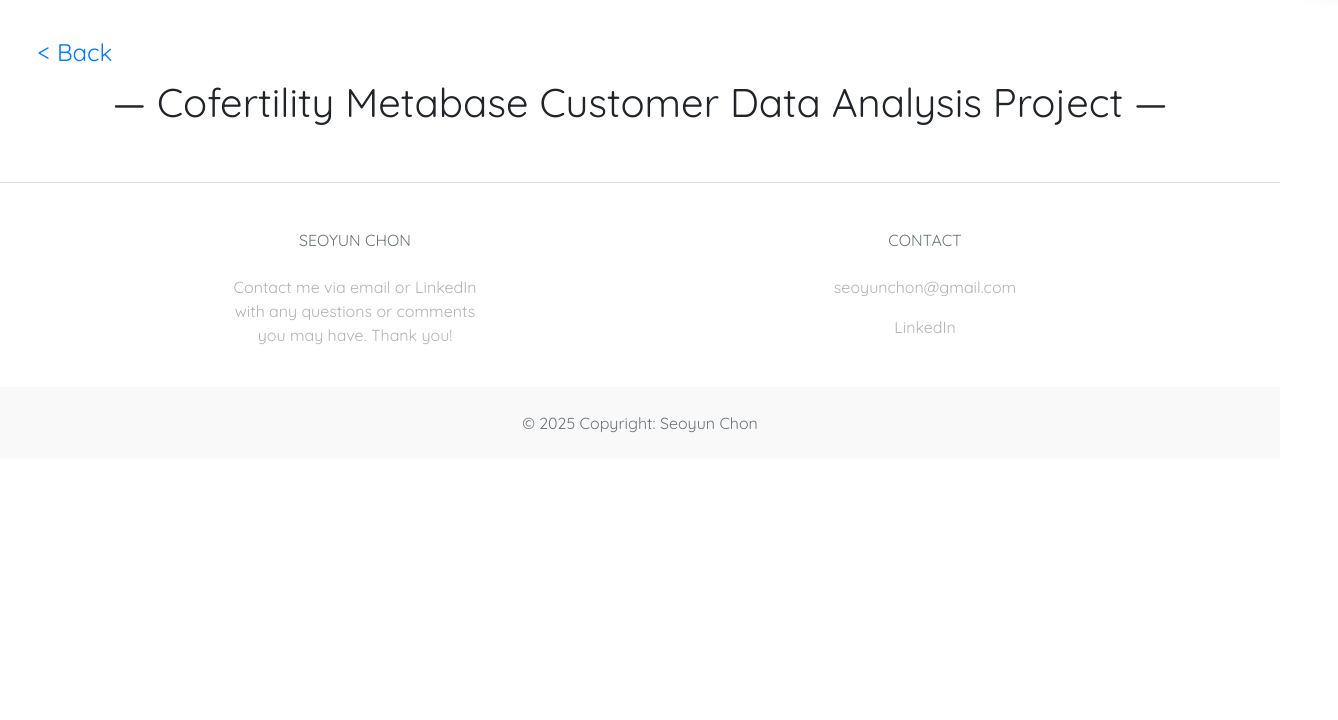
Repository: schon02/seoyun-chon-portfolio
Page: projects_cofertility_page.html
These files come from the project's save history. The page is drawn as it stood at one moment and after the next save; the edit follows.
The browser window is 1280 px wide. The page is 1338 px wide, so the pictures cover 1338 px, including what lies to the right of the window. The pictures show the part of the page from y = 720 to 1518 px (the page is 1440 px tall before and 1518 px after).

Above is the page before, as saved 2025-01-31 18:38:57.

### projects_cofertility_page.html
<!DOCTYPE html>
<html>
    <head>
        <!-- <link href="style.css" rel="stylesheet" /> -->

        <!-- Required meta tags -->
        <meta charset="utf-8">
        <meta name="viewport" content="width=device-width, initial-scale=1, shrink-to-fit=no">

        <link href="https://fonts.googleapis.com/css?family=Quicksand:400,600,700&display=swap" rel="stylesheet">

        <link rel="stylesheet" href="fonts/icomoon/style.css">

        <link rel="stylesheet" href="css/owl.carousel.min.css">

        <!-- Bootstrap CSS -->
        <link rel="stylesheet" href="css/bootstrap.min.css">

        <!-- Style -->
        <link rel="stylesheet" href="css/style.css">

        <title>Home Page</title>

    </head>

    <body>
        <!-- <header>
            <nav>
                <ul>
                    <li><a class="active" href="index.html">Home</a></li>
                    <li><a href="services_page.html">Services</a></li>
                    <li><a href="contact_page.html">Contact</a></li>
                </ul>
            </nav>
        </header> -->

        <div class="site-mobile-menu site-navbar-target">
            <div class="site-mobile-menu-header">
              <div class="site-mobile-menu-close mt-3">
                <span class="icon-close2 js-menu-toggle"></span>
              </div>
            </div>
            <div class="site-mobile-menu-body"></div>
          </div> <!-- .site-mobile-menu -->

        <div class="site-navbar-wrap">
            <div class="site-navbar-top">
              <div class="container py-3">
                <div class="row align-items-center">
                  <div class="col-6">
                    <div class="d-flex mr-auto">
                      <a href="#" class="d-flex align-items-center mr-4">
                        <span class="icon-envelope mr-2"></span>
                        <span class="d-none d-md-inline-block">seoyunchon@gmail.com</span>
                      </a>
                      <!-- <a href="#" class="d-flex align-items-center mr-auto">
                        <span class="icon-phone mr-2"></span>
                        <span class="d-none d-md-inline-block">+1 234 4567 8910</span>
                      </a> -->
                    </div>
                  </div>
                  <div class="col-6 text-right">
                    <div class="mr-auto">
                      <!-- <a href="#" class="p-2 pl-0"><span class="icon-twitter"></span></a> -->
                      <!-- <a href="#" class="p-2 pl-0"><span class="icon-facebook"></span></a> -->
                      <a href="https://www.linkedin.com/in/seoyun-chon/" class="p-2 pl-0"><span class="icon-linkedin"></span></a>
                      <!-- <a href="#" class="p-2 pl-0"><span class="icon-instagram"></span></a> -->
                    </div>

                  </div>
                </div>
              </div>
            </div>

            <div class="site-navbar site-navbar-target js-sticky-header">
              <div class="container">
                <div class="row align-items-center">
                  <div class="col-2">
                    <h1 class="my-0 site-logo"><a href="index.html">Seoyun&nbsp;Chon</a></h1>
                  </div>
                  <div class="col-10">
                    <nav class="site-navigation text-right" role="navigation">
                      <div class="container">
                        <div class="d-inline-block d-lg-none ml-md-0 mr-auto py-3"><a href="#" class="site-menu-toggle js-menu-toggle text-white"><span class="icon-menu h3"></span></a></div>

                        <ul class="site-menu main-menu js-clone-nav d-none d-lg-block">
                          <li><a href="index.html" class="nav-link">Home</a></li>
                          <li class="active"><a href="projects_page.html" class="nav-link">Projects</a></li>
                          <li class="has-children">
                            <a href="#" class="nav-link">Pages</a>
                            <ul class="dropdown arrow-top">
                              <li><a href="#" class="nav-link">Team</a></li>
                              <li><a href="#" class="nav-link">Pricing</a></li>
                              <li><a href="#" class="nav-link">FAQ</a></li>
                              <li class="has-children">
                                <a href="#">More Links</a>
                                <ul class="dropdown">
                                  <li><a href="#">Menu One</a></li>
                                  <li><a href="#">Menu Two</a></li>
                                  <li><a href="#">Menu Three</a></li>
                                </ul>
                              </li>
                            </ul>
                          </li>
                          <!-- <li><a href="#about-section" class="nav-link">About</a></li> -->
                          <li><a href="resume_page.html" class="nav-link">Resume</a></li>
                          <!-- <li><a href="#gallery-section" class="nav-link">Gallery</a></li> -->
                          <li><a href="contact_page.html" class="nav-link">Contact</a></li>
                        </ul>
                      </div>
                    </nav>
                  </div>
                </div>
              </div>
            </div>
          </div>


          <div class="hero" style="background-image: url('images/s2k2.JPG');"></div>

          <div style="padding-top: 1cm; padding-left: 1cm;">
            <a href="projects_page.html">
              <h4>< Back</h4>
            </a>
          </div>

        <div class="text-center" style="padding-top: 0.1cm;">
          <h1>— Cofertility Metabase Customer Data Analysis Project —</h1>
        </div>





        <script src="js/jquery-3.3.1.min.js"></script>
        <script src="js/popper.min.js"></script>
        <script src="js/bootstrap.min.js"></script>
        <script src="js/jquery.sticky.js"></script>
        <script src="js/main.js"></script>

    </body>

<!-- Footer -->
<footer class="text-center text-lg-start bg-white text-muted">

  <section class="d-flex justify-content-center justify-content-lg-between p-4 border-bottom">
  </section>

  <!-- Section: Links  -->
  <section class="">
    <div class="container text-center text-md-start mt-5">
      <!-- Grid row -->
      <div class="row mt-3">
        <!-- Grid column -->
        <div class="col-md-3 col-lg-4 col-xl-3 mx-auto mb-4">
          <!-- Content -->
          <h6 class="text-uppercase fw-bold mb-4">
            <i class="fas fa-gem me-3 text-secondary"></i>Seoyun Chon
          </h6>
          <p>
            Contact me via email or LinkedIn with any questions or comments you may have. Thank you!
          </p>
        </div>
        <!-- Grid column -->

        <!-- Grid column -->
        <div class="col-md-4 col-lg-3 col-xl-3 mx-auto mb-md-0 mb-4">
          <!-- Links -->
          <h6 class="text-uppercase fw-bold mb-4">Contact</h6>
          <p><i class="fas fa-home me-3 text-secondary"></i> seoyunchon@gmail.com</p>
          <p>
            <i class="fas fa-envelope me-3 text-secondary"></i>
            <a href="https://www.linkedin.com/in/seoyun-chon/" class="text-reset"> LinkedIn </a>
          </p>
        </div>
        <!-- Grid column -->
      </div>
      <!-- Grid row -->
    </div>
  </section>
  <!-- Section: Links  -->

  <!-- Copyright -->
  <div class="text-center p-4" style="background-color: rgba(0, 0, 0, 0.025);">
    © 2025 Copyright:
    <a class="text-reset fw-bold" href="https://mdbootstrap.com/">Seoyun Chon</a>
  </div>
  <!-- Copyright -->
</footer>
<!-- Footer -->


</html>

### css/style.css
body {
  font-family: "Quicksand", -apple-system, BlinkMacSystemFont, "Segoe UI", Roboto, "Helvetica Neue", Arial, "Noto Sans", sans-serif, "Apple Color Emoji", "Segoe UI Emoji", "Segoe UI Symbol", "Noto Color Emoji";
  background-color: #fff;
  height: 200vh;
  position: relative; }
  body:before {
    content: "";
    position: absolute;
    top: 0;
    left: 0;
    right: 0;
    bottom: 0;
    background: rgba(0, 0, 0, 0.5);
    -webkit-transition: .3s all ease;
    -o-transition: .3s all ease;
    transition: .3s all ease;
    opacity: 0;
    visibility: hidden;
    z-index: 1; }
  body.offcanvas-menu:before {
    opacity: 1;
    z-index: 1002;
    visibility: visible; }

p {
  color: #b3b3b3;
  font-weight: 300; }

h1, h2, h3, h4, h5, h6,
.h1, .h2, .h3, .h4, .h5, .h6 {
  font-family: "Quicksand", -apple-system, BlinkMacSystemFont, "Segoe UI", Roboto, "Helvetica Neue", Arial, "Noto Sans", sans-serif, "Apple Color Emoji", "Segoe UI Emoji", "Segoe UI Symbol", "Noto Color Emoji"; }

h5 {
  margin: 0 auto; /* center element horizontally */
  text-align: center;
  width: 60%;
  color: #666;
  /* overflow: hidden; */
  /* text-overflow: ellipsis; */
  /* white-space: nowrap; */
  /* background:#666; */
}

a {
  -webkit-transition: .3s all ease;
  -o-transition: .3s all ease;
  transition: .3s all ease; }
  a, a:hover {
    text-decoration: none !important; }

.hero {
  height: 100vh;
  width: 100%;
  background-size: cover;
  background-position: center center;
  background-repeat: no-repeat; }

.site-navbar-wrap {
  position: absolute;
  z-index: 99;
  width: 100%;
  left: 0; }
  .site-navbar-wrap a {
    color: #fff; }
  .site-navbar-wrap .site-navbar-top {
    font-size: 0.8rem; }

.site-navbar-top {
  border-bottom: 1px solid rgba(255, 255, 255, 0.4); }

.site-navbar {
  margin-bottom: 0px;
  width: 100%; }
  .site-navbar .site-logo {
    font-weight: 200;
    line-height: 0;
    top: -7px;
    position: relative; }
    .site-navbar .site-logo a {
      font-weight: 200;
      color: #fff;
      font-size: 20px;
      font-weight: bold;
      text-transform: uppercase; }
  .site-navbar .site-navigation .site-menu {
    margin-bottom: 0; }
    .site-navbar .site-navigation .site-menu a {
      text-decoration: none !important;
      display: inline-block;
      font-weight: 500; }
    .site-navbar .site-navigation .site-menu > li {
      display: inline-block;
      padding: 10px 5px; }
      .site-navbar .site-navigation .site-menu > li > a {
        padding: 20px 10px;
        color: rgba(255, 255, 255, 0.6);
        font-size: 15px;
        text-decoration: none !important; }
        .site-navbar .site-navigation .site-menu > li > a.active {
          color: #fff; }
        .site-navbar .site-navigation .site-menu > li > a:hover {
          color: #fff; }
      .site-navbar .site-navigation .site-menu > li:last-child {
        padding-right: 0; }
        .site-navbar .site-navigation .site-menu > li:last-child > a {
          padding-right: 0; }
    .site-navbar .site-navigation .site-menu .has-children {
      position: relative; }
      .site-navbar .site-navigation .site-menu .has-children > a {
        position: relative;
        padding-right: 20px; }
        .site-navbar .site-navigation .site-menu .has-children > a:before {
          position: absolute;
          content: "\e313";
          font-size: 16px;
          top: 50%;
          right: 0;
          -webkit-transform: translateY(-50%);
          -ms-transform: translateY(-50%);
          transform: translateY(-50%);
          font-family: 'icomoon'; }
      .site-navbar .site-navigation .site-menu .has-children .dropdown {
        visibility: hidden;
        opacity: 0;
        top: 100%;
        position: absolute;
        text-align: left;
        -webkit-box-shadow: 0 0px 4px 0px rgba(0, 0, 0, 0.25);
        box-shadow: 0 0px 4px 0px rgba(0, 0, 0, 0.25);
        padding: 0px 0;
        margin-top: 20px;
        margin-left: 0px;
        background: #fff;
        -webkit-transition: 0.2s 0s;
        -o-transition: 0.2s 0s;
        transition: 0.2s 0s;
        border-radius: 4px; }
        .site-navbar .site-navigation .site-menu .has-children .dropdown.arrow-top {
          position: absolute; }
          .site-navbar .site-navigation .site-menu .has-children .dropdown.arrow-top:before {
            bottom: 100%;
            left: 20%;
            border: solid transparent;
            content: " ";
            height: 0;
            width: 0;
            position: absolute;
            pointer-events: none; }
          .site-navbar .site-navigation .site-menu .has-children .dropdown.arrow-top:before {
            border-color: rgba(136, 183, 213, 0);
            border-bottom-color: #fff;
            border-width: 10px;
            margin-left: -10px; }
        .site-navbar .site-navigation .site-menu .has-children .dropdown a {
          font-size: 14px;
          text-transform: none;
          letter-spacing: normal;
          -webkit-transition: 0s all;
          -o-transition: 0s all;
          transition: 0s all;
          color: #343a40; }
          .site-navbar .site-navigation .site-menu .has-children .dropdown a.active {
            color: black; }
        .site-navbar .site-navigation .site-menu .has-children .dropdown .active > a {
          color: #fff !important; }
        .site-navbar .site-navigation .site-menu .has-children .dropdown > li {
          list-style: none;
          padding: 0;
          margin: 0;
          min-width: 200px; }
          .site-navbar .site-navigation .site-menu .has-children .dropdown > li:first-child > a {
            border-top-left-radius: 4px;
            border-top-right-radius: 4px; }
          .site-navbar .site-navigation .site-menu .has-children .dropdown > li:last-child > a {
            border-bottom-left-radius: 4px;
            border-bottom-right-radius: 4px; }
          .site-navbar .site-navigation .site-menu .has-children .dropdown > li > a {
            padding: 9px 20px;
            display: block; }
            .site-navbar .site-navigation .site-menu .has-children .dropdown > li > a:hover {
              background: #ebeef0;
              color: #212529; }
          .site-navbar .site-navigation .site-menu .has-children .dropdown > li.has-children > a:before {
            content: "\e315";
            right: 20px; }
          .site-navbar .site-navigation .site-menu .has-children .dropdown > li.has-children > .dropdown, .site-navbar .site-navigation .site-menu .has-children .dropdown > li.has-children > ul {
            left: 100%;
            top: 0; }
          .site-navbar .site-navigation .site-menu .has-children .dropdown > li.has-children:hover > a, .site-navbar .site-navigation .site-menu .has-children .dropdown > li.has-children:active > a, .site-navbar .site-navigation .site-menu .has-children .dropdown > li.has-children:focus > a {
            background: #ebeef0;
            color: #212529; }
      .site-navbar .site-navigation .site-menu .has-children:hover > a, .site-navbar .site-navigation .site-menu .has-children:focus > a, .site-navbar .site-navigation .site-menu .has-children:active > a {
        color: #fff; }
      .site-navbar .site-navigation .site-menu .has-children:hover, .site-navbar .site-navigation .site-menu .has-children:focus, .site-navbar .site-navigation .site-menu .has-children:active {
        cursor: pointer; }
        .site-navbar .site-navigation .site-menu .has-children:hover > .dropdown, .site-navbar .site-navigation .site-menu .has-children:focus > .dropdown, .site-navbar .site-navigation .site-menu .has-children:active > .dropdown {
          -webkit-transition-delay: 0s;
          -o-transition-delay: 0s;
          transition-delay: 0s;
          margin-top: 0px;
          visibility: visible;
          opacity: 1; }

.site-mobile-menu {
  width: 300px;
  position: fixed;
  right: 0;
  z-index: 2000;
  padding-top: 20px;
  background: #fff;
  height: calc(100vh);
  -webkit-transform: translateX(110%);
  -ms-transform: translateX(110%);
  transform: translateX(110%);
  -webkit-box-shadow: -10px 0 20px -10px rgba(0, 0, 0, 0.1);
  box-shadow: -10px 0 20px -10px rgba(0, 0, 0, 0.1);
  -webkit-transition: .3s all ease-in-out;
  -o-transition: .3s all ease-in-out;
  transition: .3s all ease-in-out; }
  .offcanvas-menu .site-mobile-menu {
    -webkit-transform: translateX(0%);
    -ms-transform: translateX(0%);
    transform: translateX(0%); }
  .site-mobile-menu .site-mobile-menu-header {
    width: 100%;
    float: left;
    padding-left: 20px;
    padding-right: 20px; }
    .site-mobile-menu .site-mobile-menu-header .site-mobile-menu-close {
      float: right;
      margin-top: 8px; }
      .site-mobile-menu .site-mobile-menu-header .site-mobile-menu-close span {
        font-size: 30px;
        display: inline-block;
        padding-left: 10px;
        padding-right: 0px;
        line-height: 1;
        cursor: pointer;
        -webkit-transition: .3s all ease;
        -o-transition: .3s all ease;
        transition: .3s all ease; }
        .site-mobile-menu .site-mobile-menu-header .site-mobile-menu-close span:hover {
          color: #dee2e6; }
    .site-mobile-menu .site-mobile-menu-header .site-mobile-menu-logo {
      float: left;
      margin-top: 10px;
      margin-left: 0px; }
      .site-mobile-menu .site-mobile-menu-header .site-mobile-menu-logo a {
        display: inline-block;
        text-transform: uppercase; }
        .site-mobile-menu .site-mobile-menu-header .site-mobile-menu-logo a img {
          max-width: 70px; }
        .site-mobile-menu .site-mobile-menu-header .site-mobile-menu-logo a:hover {
          text-decoration: none; }
  .site-mobile-menu .site-mobile-menu-body {
    overflow-y: scroll;
    -webkit-overflow-scrolling: touch;
    position: relative;
    padding: 20px;
    height: calc(100vh - 52px);
    padding-bottom: 150px; }
  .site-mobile-menu .site-nav-wrap {
    padding: 0;
    margin: 0;
    list-style: none;
    position: relative; }
    .site-mobile-menu .site-nav-wrap a {
      padding: 10px 20px;
      display: block;
      position: relative;
      color: #212529; }
      .site-mobile-menu .site-nav-wrap a.active, .site-mobile-menu .site-nav-wrap a:hover {
        color: black; }
    .site-mobile-menu .site-nav-wrap li {
      position: relative;
      display: block; }
      .site-mobile-menu .site-nav-wrap li.active > a {
        color: black; }
    .site-mobile-menu .site-nav-wrap .arrow-collapse {
      position: absolute;
      right: 0px;
      top: 10px;
      z-index: 20;
      width: 36px;
      height: 36px;
      text-align: center;
      cursor: pointer;
      border-radius: 50%; }
      .site-mobile-menu .site-nav-wrap .arrow-collapse:hover {
        background: #f8f9fa; }
      .site-mobile-menu .site-nav-wrap .arrow-collapse:before {
        font-size: 12px;
        z-index: 20;
        font-family: "icomoon";
        content: "\f078";
        position: absolute;
        top: 50%;
        left: 50%;
        -webkit-transform: translate(-50%, -50%) rotate(-180deg);
        -ms-transform: translate(-50%, -50%) rotate(-180deg);
        transform: translate(-50%, -50%) rotate(-180deg);
        -webkit-transition: .3s all ease;
        -o-transition: .3s all ease;
        transition: .3s all ease; }
      .site-mobile-menu .site-nav-wrap .arrow-collapse.collapsed:before {
        -webkit-transform: translate(-50%, -50%);
        -ms-transform: translate(-50%, -50%);
        transform: translate(-50%, -50%); }
    .site-mobile-menu .site-nav-wrap > li {
      display: block;
      position: relative;
      float: left;
      width: 100%; }
      .site-mobile-menu .site-nav-wrap > li > a {
        padding-left: 20px;
        font-size: 20px; }
      .site-mobile-menu .site-nav-wrap > li > ul {
        padding: 0;
        margin: 0;
        list-style: none; }
        .site-mobile-menu .site-nav-wrap > li > ul > li {
          display: block; }
          .site-mobile-menu .site-nav-wrap > li > ul > li > a {
            padding-left: 40px;
            font-size: 16px; }
          .site-mobile-menu .site-nav-wrap > li > ul > li > ul {
            padding: 0;
            margin: 0; }
            .site-mobile-menu .site-nav-wrap > li > ul > li > ul > li {
              display: block; }
              .site-mobile-menu .site-nav-wrap > li > ul > li > ul > li > a {
                font-size: 16px;
                padding-left: 60px; }

.sticky-wrapper {
  position: absolute;
  z-index: 100;
  width: 100%; }
  .sticky-wrapper + .site-blocks-cover {
    margin-top: 96px; }
  .sticky-wrapper .site-navbar {
    -webkit-transition: .3s all ease;
    -o-transition: .3s all ease;
    transition: .3s all ease; }
    .sticky-wrapper .site-navbar ul li.active a {
      color: #fff; }
  .sticky-wrapper.is-sticky .site-navbar {
    background-color: black; }
    .sticky-wrapper.is-sticky .site-navbar .site-navigation .site-menu > li {
      display: inline-block;
      padding: 10px 5px; }
      .sticky-wrapper.is-sticky .site-navbar .site-navigation .site-menu > li:last-child {
        padding-right: 0; }
        .sticky-wrapper.is-sticky .site-navbar .site-navigation .site-menu > li:last-child > a {
          padding-right: 0; }
      .sticky-wrapper.is-sticky .site-navbar .site-navigation .site-menu > li.has-children > a {
        padding-right: 20px; }
      .sticky-wrapper.is-sticky .site-navbar .site-navigation .site-menu > li > a {
        padding: 10px 10px;
        color: rgba(255, 255, 255, 0.6);
        font-size: 15px; }
        .sticky-wrapper.is-sticky .site-navbar .site-navigation .site-menu > li > a:hover {
          color: #fff !important; }
        .sticky-wrapper.is-sticky .site-navbar .site-navigation .site-menu > li > a.active {
          color: #fff !important; }
      .sticky-wrapper.is-sticky .site-navbar .site-navigation .site-menu > li.active a {
        color: #fff; }





/* ---------------------stuff for text columns --------------------------- */

* {
  box-sizing: border-box;
}

/* Create two unequal columns that floats next to each other */
.column {
  float: left;
  padding: 10px;
}

.left {
  width: 35%;
}

.right {
  width: 65%;
}

/* Clear floats after the columns */
.row:after {
  content: "";
  display: table;
  clear: both;
}


/* ---------------------stuff for image gallery --------------------------- */

div.gallery {
  border: 1px solid rgb(255, 255, 255);
}

div.gallery:hover {
  border: 1px solid rgb(228, 228, 228);
}

div.gallery img {
  width: 100%;
  height: auto;
}

div.desc {
  padding: 15px;
  text-align: center;
}

* {
  box-sizing: border-box;
}

.responsive {
  padding: 0 6px;
  float: left;
  width: 24.99999%;
}

@media only screen and (max-width: 700px) {
  .responsive {
    width: 100%;
    margin: 6px 0;
  }
}

@media only screen and (max-width: 500px) {
  .responsive {
    width: 100%;
  }
}

.clearfix:after {
  content: "";
  display: table;
  clear: both;
}

Loaded but not shown: fonts/icomoon/style.css (common file); css/owl.carousel.min.css (library); css/bootstrap.min.css (library); js/jquery-3.3.1.min.js (library); js/popper.min.js (library); js/bootstrap.min.js (library); js/jquery.sticky.js (library); js/main.js (87 lines, source omitted)

After the next save:
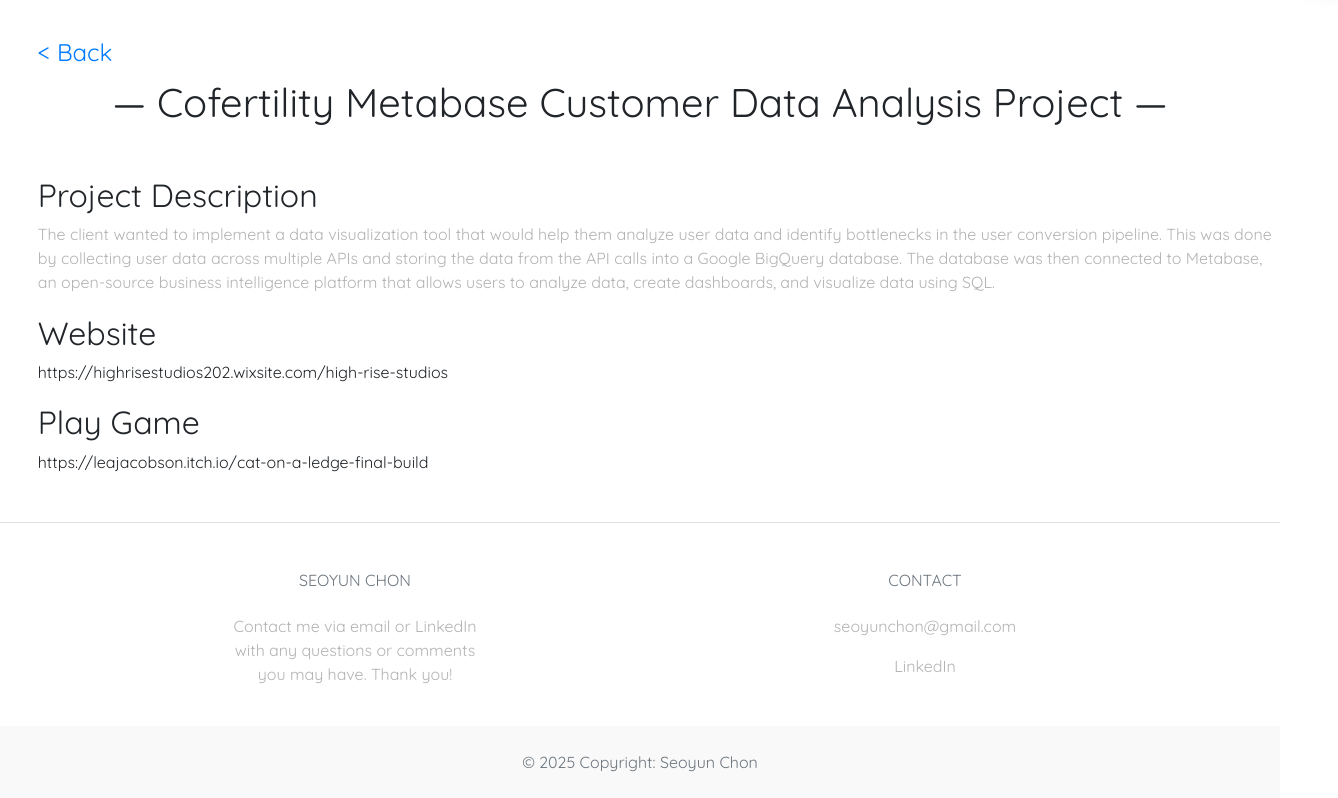
Saved 35 min 12 s later.
--- a/projects_cofertility_page.html
+++ b/projects_cofertility_page.html
@@ -129,6 +129,23 @@
         </div>
 
 
+        <div class="text-left" style="padding-top: 0.1cm; padding-left: 1cm;">
+          <h2 style="padding-top: 1cm;">Project Description</h2>
+          <p>The client wanted to implement a data visualization tool that would
+            help them analyze user data and identify bottlenecks in the user
+            conversion pipeline. This was done by collecting user data across
+            multiple APIs and storing the data from the API calls into a
+            Google BigQuery database. The database was then connected to
+            Metabase, an open-source business intelligence platform that
+            allows users to analyze data, create dashboards, and visualize
+            data using SQL. </p>
+          <h2 style="padding-top: 0.1cm;">Website</h2>
+          <a href="https://highrisestudios202.wixsite.com/high-rise-studios" class="text-reset"> https://highrisestudios202.wixsite.com/high-rise-studios </a>
+          <h2 style="padding-top: 0.5cm;">Play Game</h2>
+          <a href="https://leajacobson.itch.io/cat-on-a-ledge-final-build" class="text-reset"> https://leajacobson.itch.io/cat-on-a-ledge-final-build </a>
+        </div>
+
+
 
 
 
